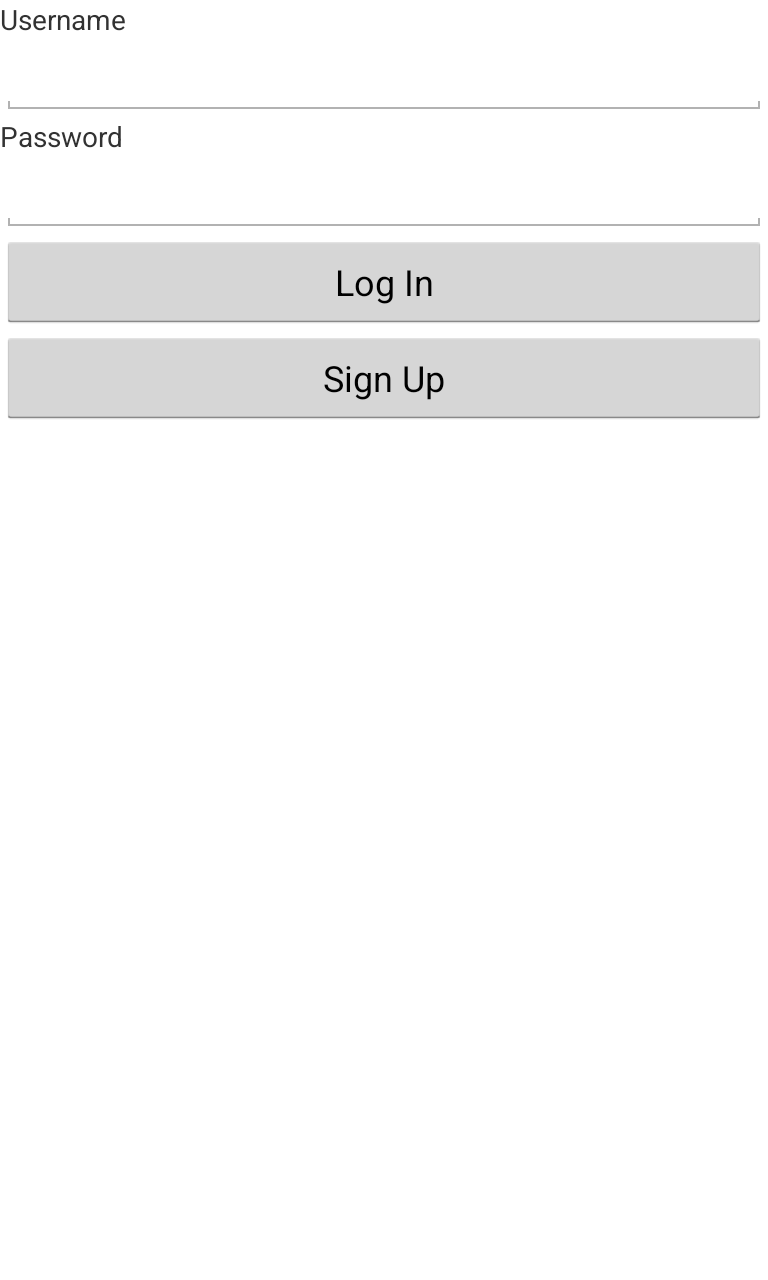
Repository: efreestone/CPM_Freestone
Layout: Project1Android/res/layout/activity_login.xml
The author's editor kept a copy of each file at every save. The layout is drawn from the files as they stood at one save, then again after the next save.
It is drawn on a 768 x 1280 px phone screen (xhdpi) without system bars, with theme AppTheme; the app's code is not run.

Above is the layout before, as saved 2014-10-02 00:58:08.

After the next save:
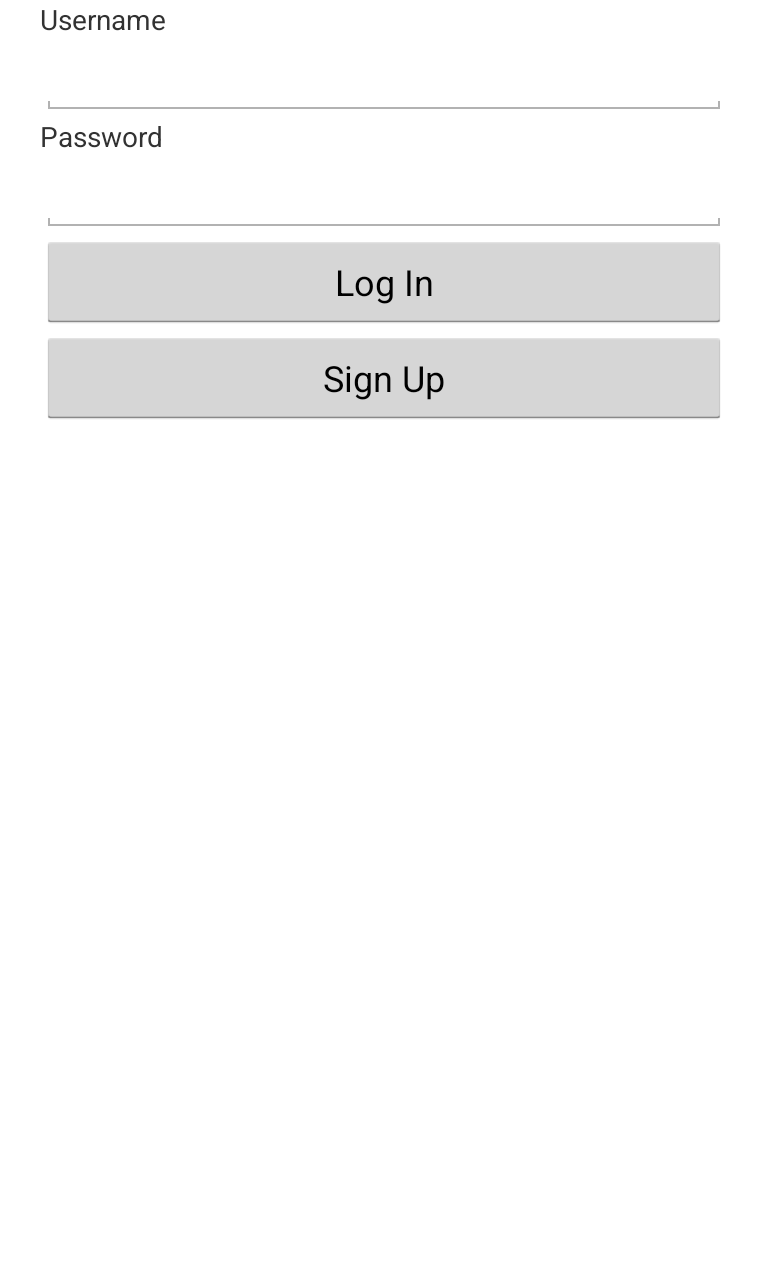
Saved 25 s later.
--- a/Project1Android/res/layout/activity_login.xml
+++ b/Project1Android/res/layout/activity_login.xml
@@ -1,7 +1,9 @@
 <RelativeLayout xmlns:android="http://schemas.android.com/apk/res/android"
     android:layout_width="fill_parent"
     android:layout_height="fill_parent"
-    android:orientation="vertical" >
+    android:orientation="vertical"
+    android:paddingLeft="20dp"
+    android:paddingRight="20dp" >
 
     <TextView
         android:id="@+id/usernameTitle"
